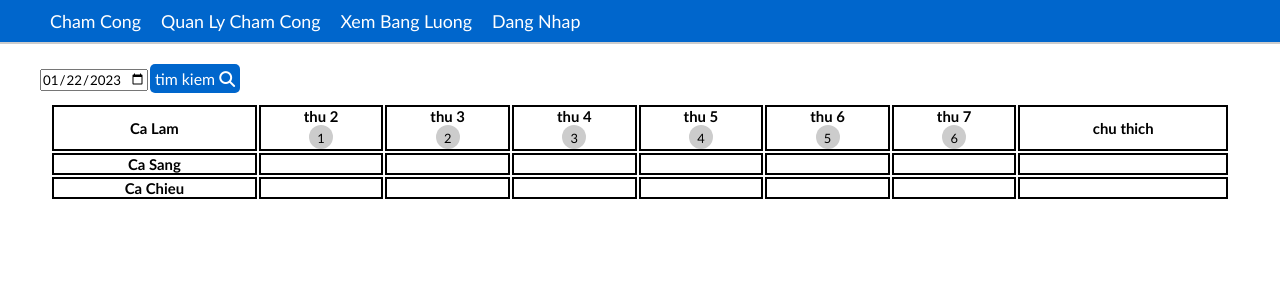
Repository: LDDUNG2003/a
Page: index.html
These files come from the project's save history. The page is drawn as it stood at one moment and after the next save; the edit follows.
The browser window is 1280 px wide. The pictures show the whole page.
Some web libraries are served in a nearby version.

Above is the page before, as saved 2023-10-14 20:38:45.

### index.html
<!DOCTYPE html>
<html lang="en">

<head>
    <meta charset="UTF-8">
    <meta name="viewport" content="width=device-width, initial-scale=1.0">
    <title>trang chu</title>
    <link rel="stylesheet" href="./controlView/css/base.css">
    <link rel="stylesheet" href="./controlView/css/index.css">
</head>

<body>
    <div class="main">
        <!-- start header -->
        <header class="app__header">
            <nav class="navBar">
                <ul class="navBar-list">
                    <li class="navBar--items"><a href="" class="navbar--link">Cham cong</a></li>
                    <li class="navBar--items"><a href="" class="navbar--link">Quan ly cham cong</a></li>
                    <li class="navBar--items">
                        <a href="" class="navbar--link">Xem bang luong</a></li>
                    <!-- login  -->
                    <li class="navBar--items">
                        <a href="./login.html" class="navbar--link">dang nhap</a></li>
                    <!-- admin menu -->
                    <!-- <li class="navBar--items">
                        admin
                        <ul class="account-list">
                            <li class="account--item"><a href="" class="navbar--link">admin</a></li>
                            <li class="account--item"><a href="" class="navbar--link">quan li nhan su</a></li>
                            <li class="account--item"><a href="" class="navbar--link">dang xuat</a></li>
                        </ul>
                    </li> -->
                    <!-- personnel menu -->
                    <!-- <li class="navBar--items">
                        account name
                        <ul class="account-list">
                            <li class="account--item"><a href="" class="navbar--link">cai dat tai khoan</a></li>
                            <li class="account--item"><a href="" class="navbar--link">dang ki ca lam</a></li>
                            <li class="account--item"><a href="" class="navbar--link">dang xuat</a></li>
                        </ul>
                    </li> -->
                </ul>
            </nav>
        </header>
        <!-- end header -->

        <!-- start content -->
        <div class="app__content">
            <div class="content-date--show">
                <div class="date-show">
                    <input value="2023-01-22" min="2018-01-01" max="2025-10-31" type="date" name="" id="" class="dateSearch--input">
                    <button class="search--btn">tim kiem <i class="fa-solid fa-magnifying-glass" style="color: #ffffff;"></i></button>
                </div>
            </div>
            <table class="content-table">
                <tr class="table--row">
                    <th class="table--item-impotain">Ca Lam</th>
                    <th class="table--item">thu 2
                        <span class="table-date--item">1</span>
                    </th>
                    <th class="table--item">thu 3
                        <span class="table-date--item">2</span>
                    </th>
                    <th class="table--item">thu 4
                        <span class="table-date--item">3</span>
                    </th>
                    <th class="table--item">thu 5
                        <span class="table-date--item">4</span>
                    </th>
                    <th class="table--item">thu 6
                        <span class="table-date--item">5</span>
                    </th>
                    <th class="table--item">thu 7
                        <span class="table-date--item">6</span>
                    </th>
                    <th class="table--item">chu thich</th>
                </tr>
                <tr class="table--row">
                    <th class="table--item-impotain">Ca sang</th>
                    <th class="table--item"></th>
                    <th class="table--item"></th>
                    <th class="table--item"></th>
                    <th class="table--item"></th>
                    <th class="table--item"></th>
                    <th class="table--item"></th>
                    <th class="table--item"></th>
                </tr>
                <tr class="table--row">
                    <th class="table--item-impotain">Ca chieu</th>
                    <th class="table--item"></th>
                    <th class="table--item"></th>
                    <th class="table--item"></th>
                    <th class="table--item"></th>
                    <th class="table--item"></th>
                    <th class="table--item"></th>
                    <th class="table--item"></th>
                </tr>
            </table>
        </div>
        <!-- end content -->
    </div>
    <script src="https://kit.fontawesome.com/9ffed7d99e.js" crossorigin="anonymous"></script>
</body>

</html>

### controlView/css/base.css
:root {
    --primary-color: #0066cc;
    --text-color: #040404;
}

* {
    padding: 0px;
    margin: 0px;
    font-family: 'Trebuchet MS', 'Lucida Sans Unicode', 'Lucida Grande', 'Lucida Sans', Arial, sans-serif;
}

html,
body {
    font-size: 0.62rem;
}

.main {}

.app__header {
    color: #fff;
    width: 100%;
    border-bottom: solid 2px #ccc;
    background-color: var(--primary-color);
}

.navBar {
    width: 100%;
    max-width: 1200px;
    margin: auto;
    cursor: pointer;
}

.navBar-list {
    display: flex;
    list-style: none;
    color: #fff;
}

.navBar--items {
    padding: 10px 10px;
    font-size: 1.8rem;
    position: relative;
    text-transform: capitalize;
}

.navBar--items::after {
    content: '';
    padding-top: 5px;
    top: 80%;
    left: 10px;
    display: none;
    /* width: 0px; */
    background-color: var(--primary-color);
    position: absolute;
    width: 70px;
}

.navBar--items:hover .navBar--items::after {
    display: block;
}

.navbar--link {
    text-decoration: none;
    color: inherit;
}

.account-list {
    position: absolute;
    width: 150px;
    display: none;
    list-style: none;
    padding: 4px;
    color: var(--text-color);
    top: 100%;
    left: 0px;
    box-shadow: #414141;
    background-color: white;
}

.navBar--items:hover .account-list {
    display: block;
}

.account--item {
    padding: 5px 0px;
    border-bottom: solid 1px #ccc;
}

### controlView/css/index.css
.app__content {
    padding-top: 20px;
    width: 100%;
    max-width: 1200px;
    margin: auto;
}

.content-table {
    padding: 10px;
    width: 100%;
    font-size: 1.5rem;
}

.table--row {}

.table--item {
    border: solid 2px #000;
    align-items: center;
}

.table--item-impotain {
    border: solid 2px #000;
    text-transform: capitalize;
}

.table-date--item {
    display: block;
    font-weight: 300;
    background-color: #ccc;
    font-size: 1.3rem;
    width: 14px;
    height: 14px;
    padding: 5px;
    border-radius: 50%;
    margin: auto;
}

.search--btn {
    color: #fff;
    font-size: 1.6rem;
    background-color: var(--primary-color);
    padding: 5px;
    border: none !important;
    border-radius: 5px;
}

After the next save:
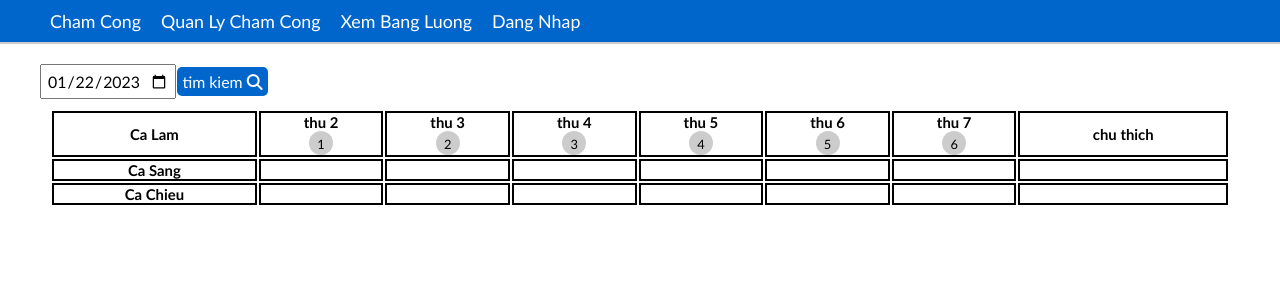
Saved 24 s later.
--- a/controlView/css/index.css
+++ b/controlView/css/index.css
@@ -35,6 +35,11 @@
     margin: auto;
 }
 
+.dateSearch--input {
+    font-size: 1.6rem;
+    padding: 5px;
+}
+
 .search--btn {
     color: #fff;
     font-size: 1.6rem;
